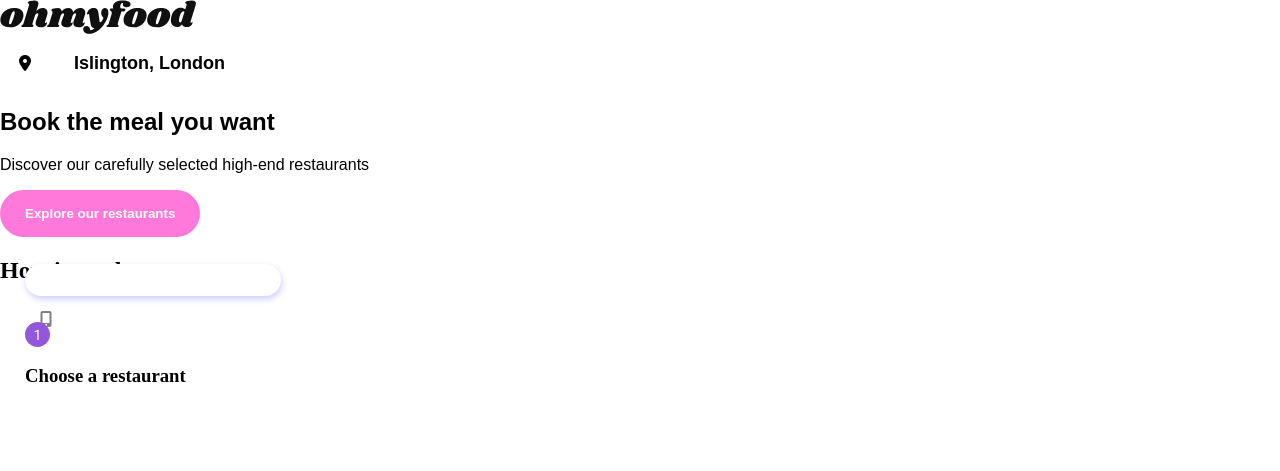
Repository: R1ptou/Project-3
Page: index.html
These files come from the project's save history. The page is drawn as it stood at one moment and after the next save; the edit follows.
The browser window is 1280 px wide. The pictures show the whole page.
Some web fonts or font styles are not loaded; a fallback is used. The style sheet was rebuilt from its Sass, Less or Tailwind sources for each picture, by a compiler version that may differ from the author's.

Above is the page before, as saved 2024-02-10 14:07:10.

After the next save:
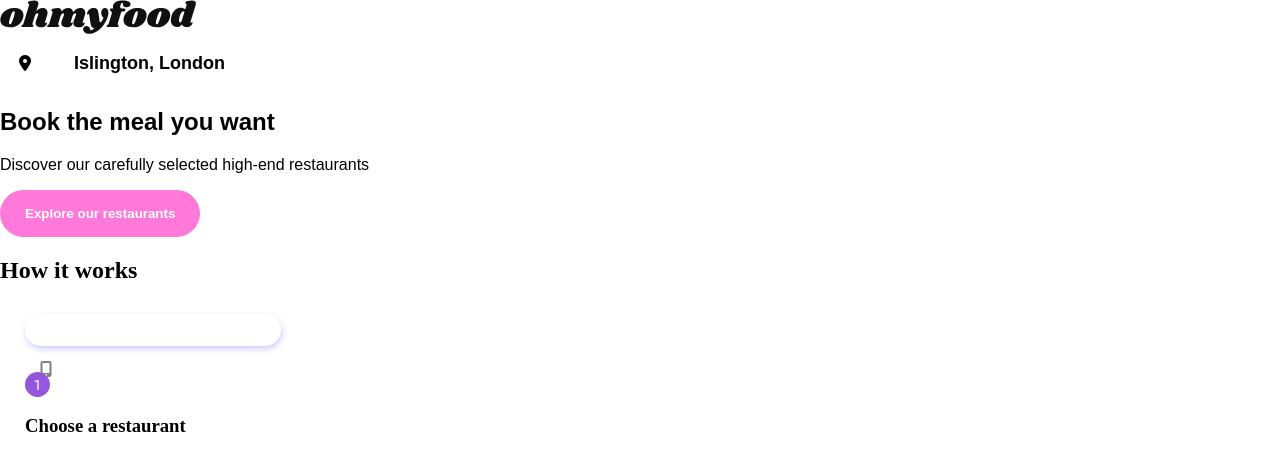
Saved 6 s later.
--- a/scss/style.scss
+++ b/scss/style.scss
@@ -81,7 +81,7 @@ a {
     flex-direction: column;
     justify-content: center;
     width: 20vw;
-    height: 30px;
+    height: 130px;
     padding: 16px 25px;
 }
 
